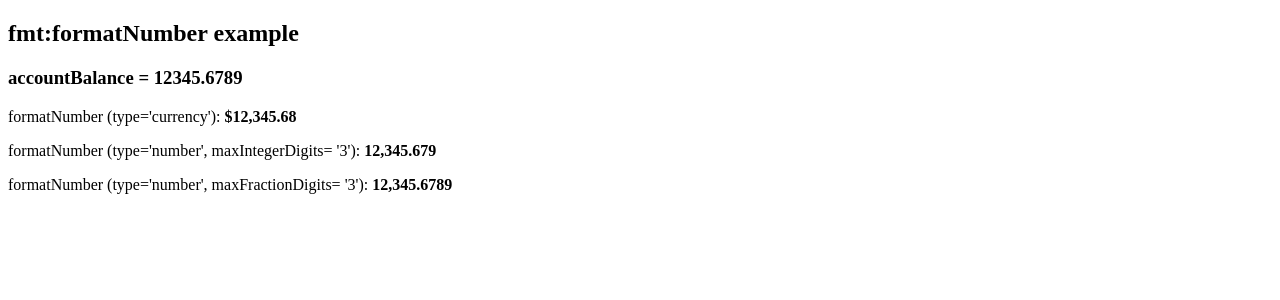
Repository: hoangkhanh2208/Jsp-Servlet-JDBC-Learn
Page: http://localhost/JSTLTutorial/fmt_formatNumber.jsp
The author's editor kept a copy of each file at every save. The page is drawn from the files as they stood at one save, then again after the next save.
The browser window is 1280 px wide. The pictures show the whole page.
The page is served by Tomcat 9.

Above is the page before, as saved 2021-05-26 04:43:51.

After the next save:
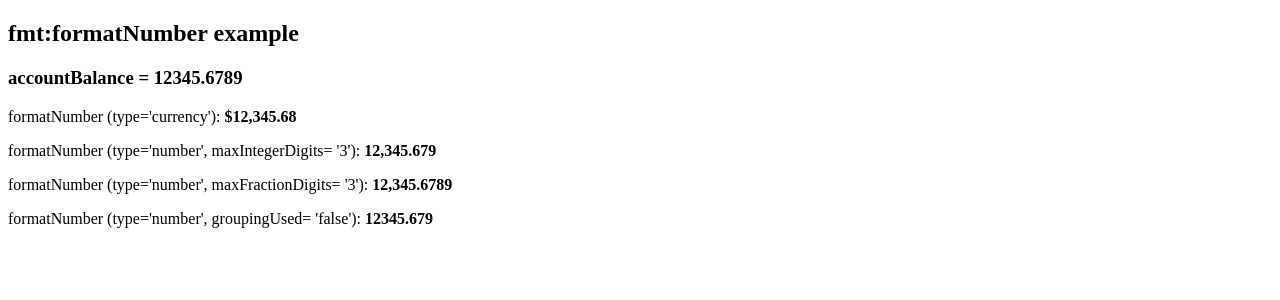
Saved 42 s later.
--- a/JSTLTutorial/src/main/webapp/fmt_formatNumber.jsp
+++ b/JSTLTutorial/src/main/webapp/fmt_formatNumber.jsp
@@ -28,6 +28,13 @@
         </strong>
      </p>
 
+     <p>
+        formatNumber (type='number', groupingUsed= 'false'):
+        <strong>
+           <fmt:formatNumber type="number" groupingUsed="false" value="${accountBalance}" />
+        </strong>
+     </p>
+
 
 </body>
 </html>
